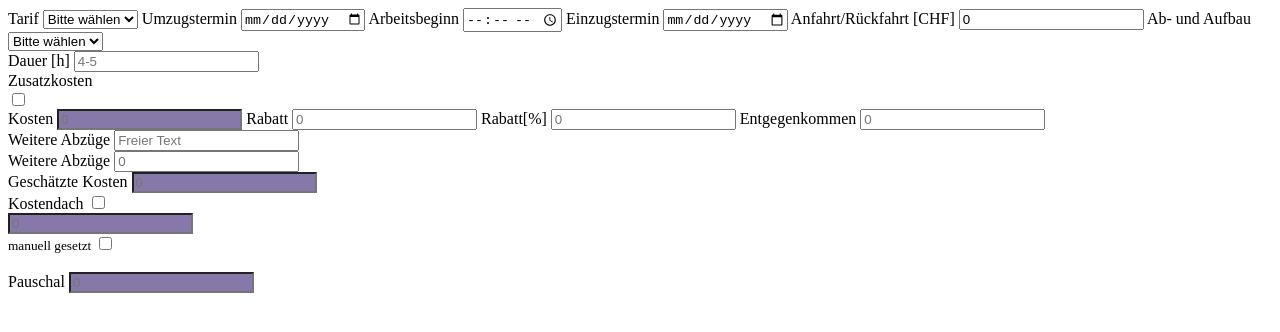
Repository: oguzhansade/SwissTransport
Page: resources/views/front/offer/offerUmzug2.blade.php
The author's editor kept a copy of each file at every save. The page is drawn from the files as they stood at one save, then again after the next save.
The browser window is 1280 px wide. The pictures show the whole page.
The page is served by the project's Laravel application, run on PHP 8.4 with Laravel 9. The template is opened directly, without the code that normally fills it, so the values that code supplies are empty.

Above is the page before, as saved 2023-02-04 14:14:45.

After the next save:
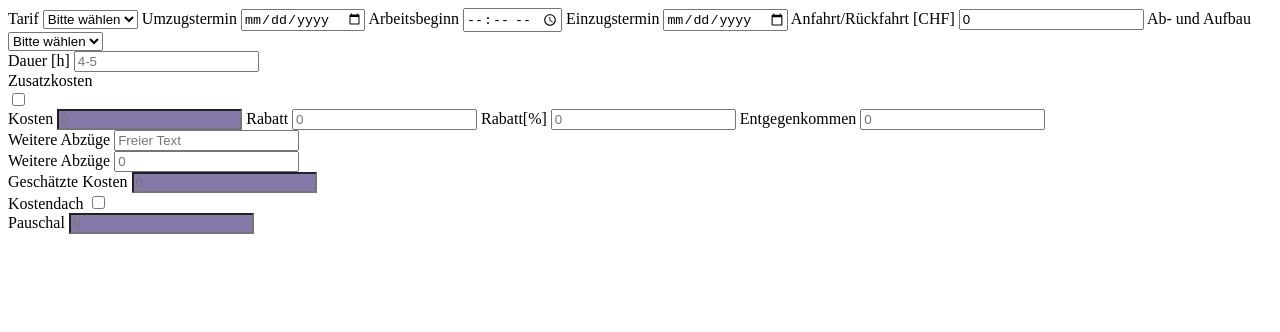
Saved 94 s later.
--- a/resources/views/front/offer/offerUmzug2.blade.php
+++ b/resources/views/front/offer/offerUmzug2.blade.php
@@ -252,7 +252,7 @@
             <input type="checkbox" name="isKostendach" id="isKostendach" class="js-switch mt-1" data-color="#9c27b0" data-size="small" data-switchery="false" >
         </div>
 
-        <div class="kosten-area">
+        <div class="kosten-area" style="display: none;">
             <input class="form-control"  name="umzugTopPrice" placeholder="0"  type="number" style="background-color: #8778aa;color:white;">
 
             <div class="mt-2">
@@ -480,6 +480,14 @@
                 $('input[name=umzugTopPrice]').val(umzugTopPrice);
             }
 
+            if($('input[name=isKostendach]').is(":checked"))
+            {
+                $('input[name=umzugTopPrice]').val();
+            }
+            else{
+                umzugTopPrice = umzugTotalPrice + parseFloat(chf);
+                $('input[name=umzugTopPrice]').val(umzugTopPrice);
+            }
 
             umzugDefaultPrice = umzugTotalPrice + parseFloat(chf);
             $('input[name=umzugDefaultPrice]').val(umzugDefaultPrice);
